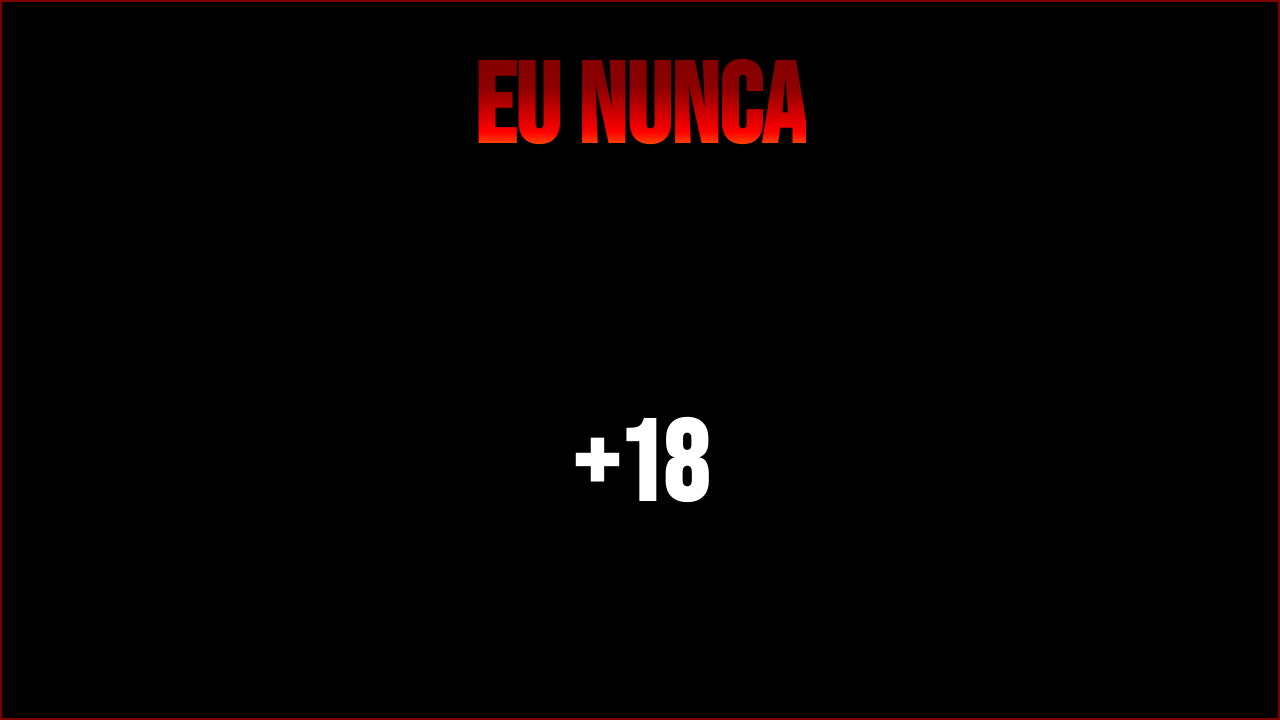
Repository: odiloalmeida/inever
Page: index.html
An editor plug-in stored every save of this project. The page is shown before and after the next save, followed by the edit.
The browser window is 1280 px wide. The pictures show the whole page.

Above is the page before, as saved 2023-01-31 22:38:46.

### index.html
<!DOCTYPE html>
<html lang="en">
<head>
    <meta charset="UTF-8">
    <meta http-equiv="X-UA-Compatible" content="IE=edge">
    <meta name="viewport" content="width=device-width, initial-scale=1.0">
    <link rel="icon" type="image/svg+xml" href="https://cdn-icons-png.flaticon.com/512/5181/5181956.png" />
    <link rel="stylesheet" href="./style.css">
    <title>18+ I Never</title>

</head>

<body>
    <div>
        <h1>EU NUNCA</h1>
    </div>
    <button id="myButton" onclick="changeButtonName()">
        <span2>+18</span2>
    </button>
</body>

<script>

    function changeButtonName() {
        var button = document.getElementById("myButton");

        var names = ["Beijei alguém dessa turma",
        "Senti atração por alguém dessa turma",
        "Tomei banho pelado na praia/piscina",
        "Fiquei com um professor",
        "Fiquei com um amigo e me arrependi",
        "Fiquei com um amigo e não disse pra ninguém",
        "Menti sobre ter ficado com uma pessoa",
        "Bebi tanto que beijei alguém que não queria",
        "Bebi tanto que esqueci tudo no outro dia",
        "Vi um nudes de alguém dessa turma",
        "Desejei o namorado(a) de um amigo",
        "Fiquei com alguém por interesse",
        "Acelerei o ato sexual por que o oral estava ruim",
        "Bebi pra ter coragem de chegar numa pessoa",
        "Transei na escola ou faculdade",
        "Transei no chão",
        "Fiz sexo oral enquanto a pessoa trabalhava",
        "Fiz sexo oral enquanto a pessoa dirigia",
        "Usei fantasias sexuais",
        "Usei plug anal",
        "Usei um vibrador",
        "Fiquei com alguém depois neguei pra todo mundo",
        "Disse pra uma pessoa que a amava sem amar",
        "Transei no carro",
        "Broxei no meio do ato sexual",
        "Desisti de ficar com uma pessoa por que ela estava fedendo",
        "Fui chupar e estava fedendo muito e desisti",
        "Me masturbei depois do ato sexual por que não conseguir “chegar lá” com o parceiro",
        "Fiquei com dois amigos ao mesmo tempo sem eles saberem",
        "Parei o ato sexual para ir fazer xixi",
        "Fiz a chuca",
        "Transei na rua",
        "Paguei por sexo",
        "Fiz sexo por dinheiro",
        "Dei um beijo triplo",
        "Voltaria com um ex",
        "Fiquei com uma pessoa em um lugar e logo em seguida fui para outro lugar ficar com outra",
        "Tirei fotos pelado(a)",
        "Fiquei com alguém para fazer ciúme a outro",
        "Sofri por amor",
        "Sofri por ficante",
        "Espiei alguém tomando banho",
        "Tomei banho com alguém",
        "Enfiei o dedo no orifício de alguém (kkkk)",
        "Eu nunca fiquei com um amigo do meu amigo eme arrependi",
        "Eu nunca tive uma DST",
        "Eu já desejei a mãe de um amigo",
        "Eu já desejei o pai de um amigo",
        "Já beixei alguém do mesmo sexo",
        "Já deixei chuparem minha porta dos fundos",
        "Já questionei a minha sexualidade",
        "Já fiz goldenshower",
        "Já desisti do sexo quando vi o tamanho do instrumento",
        "Fumei um",
        "Cheirei cocaina",
        "Usei LSD",
        "Passei comida no parceiro",
        "Troquei o nome da pessoa na hora H",
        "Fiquei com uma pensando em outra",
        "Fatei aula pra ficar com alguém",
        "Menti nesse jogo",
        "Disse que estava doente para nao transar",
        "Fiquei com professor",
        "Fiquei com alguém por gratidão",
        "Tive tara em mãos",
        "Tive tara em pés",
        "Tive tara em ruivas",
        "Fui amordaçado",
        "Fui algemado",
        "Fui chicoteado",
        "Bati de mais em alguém na hora H e fiquei com medo",
        "Vomitei na hora H",
        "Fiz sexo na praia",
        "Fiz sexo na moto",
        "Fiz sexo na bicicleta",
        "Chupei outro por tabela",
        "Fiz oral em um e depois beijei a boca de outro",
        "Transei com 2 ao mesmo tempo",
        "Transei com mais de 3 ao mesmo tempo",
        "Ja fiquei com duas pessoas do mesmo sexo, ao mesmo tempo",
        "Cherei loló",
        "Fumei cigarro",
        "Tive como alcoólico",
        "Tive amnésia alcoólica",
        "Dormi bebado no chão",
        "Mijei em mim, estando bebado",
        "Vomitei em mim, estando bebado",
        "Beijei alguém que eu odiava",
        "Fiquei com um Ex antigo e me arrependi (Foi horrível)",
        "Tive flashback com mais de um EX",
        "Tive um PA",
        "Fiquei com um(a) PM",
        "Subi numa mesa bebado",
        "Fiquei com alguém da boca podre",
        "Já caguei o pau (literalmente)",
        "Já cai de bicicleta",
        "Quebrei um osso (Beba uma dose por osso)",
        "Já talariquei mulher de amigo (Uma dose por mulher)",
        "Já talariquei marido de amiga (Uma dose por homem)",
        "Já beijei um mendigo",
        "Já fiz dentro do mar",
        "Ja fiz dentro do tanque",
        "Pedi alguém em casamento",
        "Já me juntei com conjugue",
        "Já fui CORNO(A)",
        "Atirei com arma de fogo",
        "Dê uma pausa de 15min, para não embriagar",
        "Durei menos de 2 min no sexo",
        "Fiz gosar em menos de 2min",
        "Pensei em me prostituir",
        "Tomei remédio TARJA PRETA",
        "Quando de maior, senti atração por 15-",
        "Dormi sujo",
        "Passei o dia sem tomar banho",
        "Passei dois dias sem tomar banho",
        "Passei mais de 36h acordado",
        "Levei pão de manhã para casa, após o rolê",
        "Bebi mais de 2L em uma noite",
        "Desejei minha cunhada",
        "Transei com alguém na escada",
        "Já botei atrás  depois na frente",
        "Cai da arvore",
        "Me feri gravemente",
        "Imaginei alguém dessa turma pelado",
        "Usei camisinha com sabores",
        "Limbei a bunda e olhei o papel higienico",
        "Transei no cinema",
        "Flertei com o garçom",
        "Beijei um primo(a)",
        "Transei com um primo(a)",
        "Sonhei que estava pelado em público",
        "Transei na chuva",
        "Dormir de conchinha na chuva",
        "Fiz punheta / siririca coletiva",
        "Me masturbei pensando em alguém da roda",
        "Vi nude de alguém da roda",
        "Enviei nude errado",
        "Peguei alguém no elevador",
        "Falei que o sexo foi bom, quando na verdade foi uma merda",
        "Gosei dentro com camisinha",
        "Conversando com o penis do meu namorado",
        "Fiz espanhola",
        "Transei com alguém que participou desse jogo agora",
        "Transei com um médico",
        "Transei com um entregador",
        "Transei com enfermeiro(a)",
        "Transei com Advogado(a)",
        "Transei com Fisioterapeuta",
        "Transei com agente de saúde",
        "Transei com personal trainer",
        "Fiz sexo rapido para dormir logo",
        "Transei numa contrução",
        "Transei numa casa abandonada",
        "Transei na rede",
        "Transei na cadeira",
        "Transei no sofá",
        "Transei em local público",
        "Tive sonhos eróticos com alguém dessa roda",
        "Fui em um motel e não transei",
        "Criei passarinho",
        "Chupei alguém com algum amigo vendo",
        "Fui voyeur",
        "Transei num posto de saúde",
        "Transei no quintal de casa",
        "Transei no telhado",
        "Terminei com uma pessoa por mensagem",
        "Terminaram comigo por mensagem",
        "Fiz Topless na praia",
        "Usei gelo na cama",
        "Usei halls na cama",
        "Sai sem calcinha para provocar alguém",
        "Malhei sem calcinha",
        "Fingi prazer",
        "Fingi simpatia para conquistar uma pessoa",
        "Fiz cosplay de rico",
        "Banquei a coitadinha para ganhar algo em troca",
        "Sai sem pagar a conta",
        "Levei o copo de um bar",
        "Caguei num banheiro quimico",
        "Dirigi bebado",
        "Ouvi alguém transando",
        "Fui pego me masturbando",
        "Fui pego na hora H pelos meus familiares ou amigos",
        "Transei assistindo porno",
        "Tive ressaca moral",
        "Chorei enquanto transava",
        "Pedi parar porque estava doendo",
        "Enforqueia até quase desmaiar",
        "Transei em uma banheira",
        "Beijei a pessoa querendo a do lado",
        "Beijei um feio(a)",
        "Beijei um(a) 10/10",
        "Nunca chupei dois ao mesmo tempo",
        "Matei aula para fumar um",
        "Matei aula para transar",
        "Quebrei uma cama enquanto transava",
        "Cai da cama enquanto transava",
        "Fiquei orgulhoso do meu desempenho",
        "Fiquei triste com meu desempenho",
        "Tentaram arrancar minh lingua",
        "Já beijei um desesperado, que quase me engole",
        "Bebi do copo de um estranho e tinha droga"




        ];

        var randomName = names[Math.floor(Math.random() * names.length)];
        button.innerHTML = randomName;
    }

</script>

</html>

### style.css
@import url('https://fonts.googleapis.com/css2?family=Bebas+Neue&display=swap');

* {
    padding: 0;
    margin: 0;
    box-sizing: border-box;
    font-family: 'Bebas Neue', cursive;
}

body {
    width: 100vw;
    height: 100vh;
    background-color: #000;
    display: flex;
    flex-direction: column;
    align-items: center;
    justify-content: center;
    border: #800000 2px solid;
}

div {
    width: 100%;
    height: 30vh;
    display: flex;
    align-items: center;
    justify-content: center;
}

h1 {
    background-image: linear-gradient(to bottom,#800000,#8B0000, red, yellow);
    background-clip: text;
    -webkit-background-clip: text;
    -webkit-text-fill-color: transparent;
    color: black;
    font-size: 7rem;
    font-weight: 900;
}

button {
    background-color: transparent;
    height: 70vh;
    width: 100vw;
    border: none;
    font-weight: bold;
    font-size: 3rem;
    padding: 5px;
    color: #f1f1f1;
}

button span2 {
    color: #fff;
    font-size: 7rem;
}

After the next save:
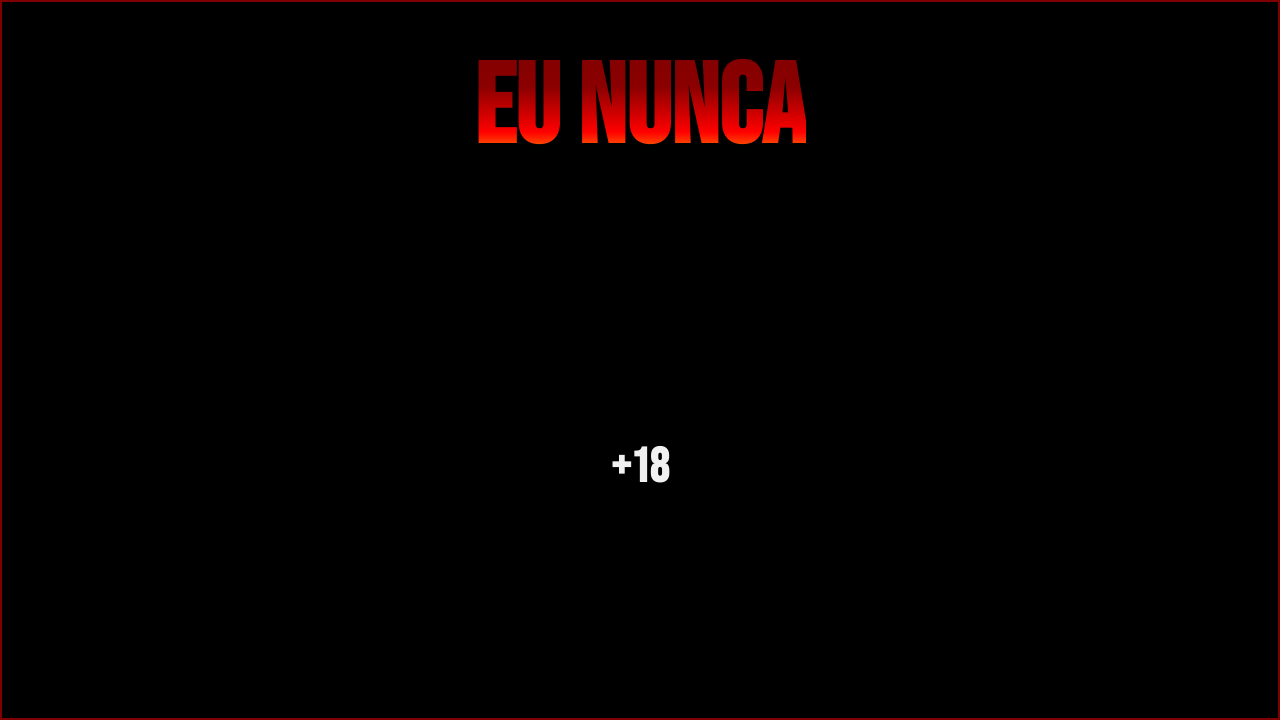
Saved 28 s later.
--- a/index.html
+++ b/index.html
@@ -15,7 +15,7 @@
         <h1>EU NUNCA</h1>
     </div>
     <button id="myButton" onclick="changeButtonName()">
-        <span2>+18</span2>
+        <span>+18</span>
     </button>
 </body>
 

After the save that followed:
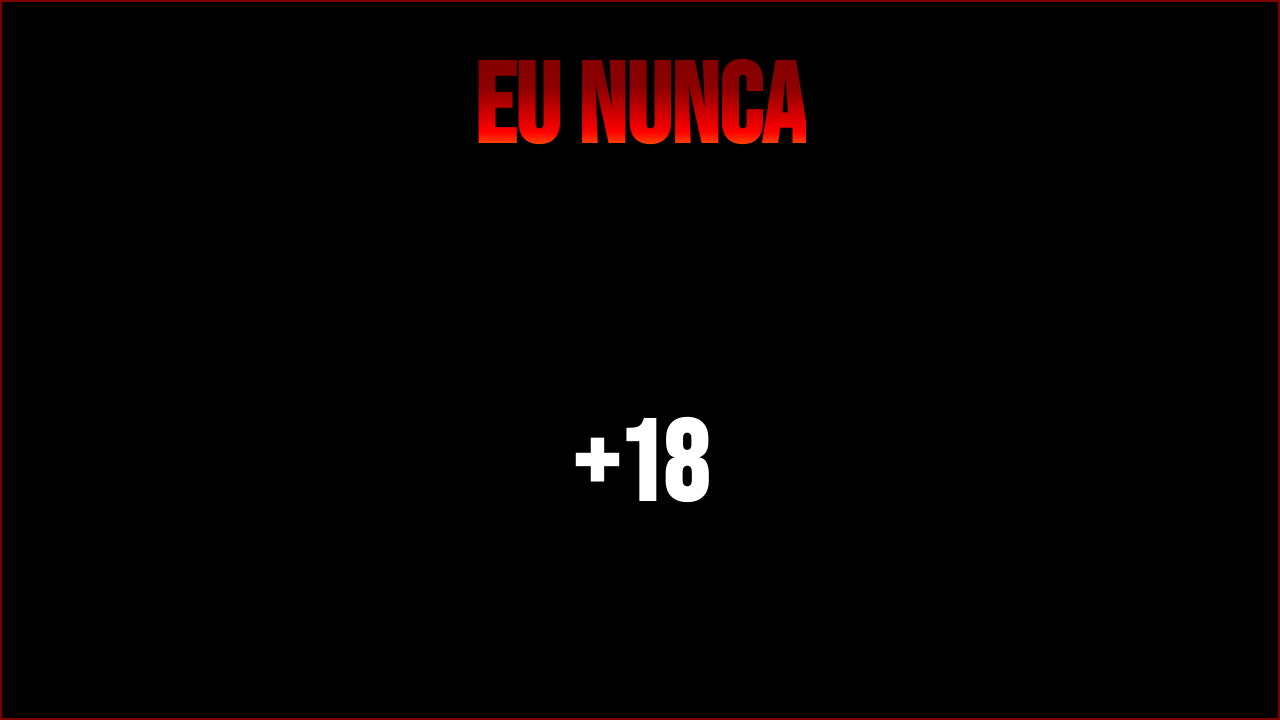
Saved 6 s later.
--- a/style.css
+++ b/style.css
@@ -47,7 +47,7 @@ button {
     color: #f1f1f1;
 }
 
-button span2 {
+button span {
     color: #fff;
     font-size: 7rem;
 }
